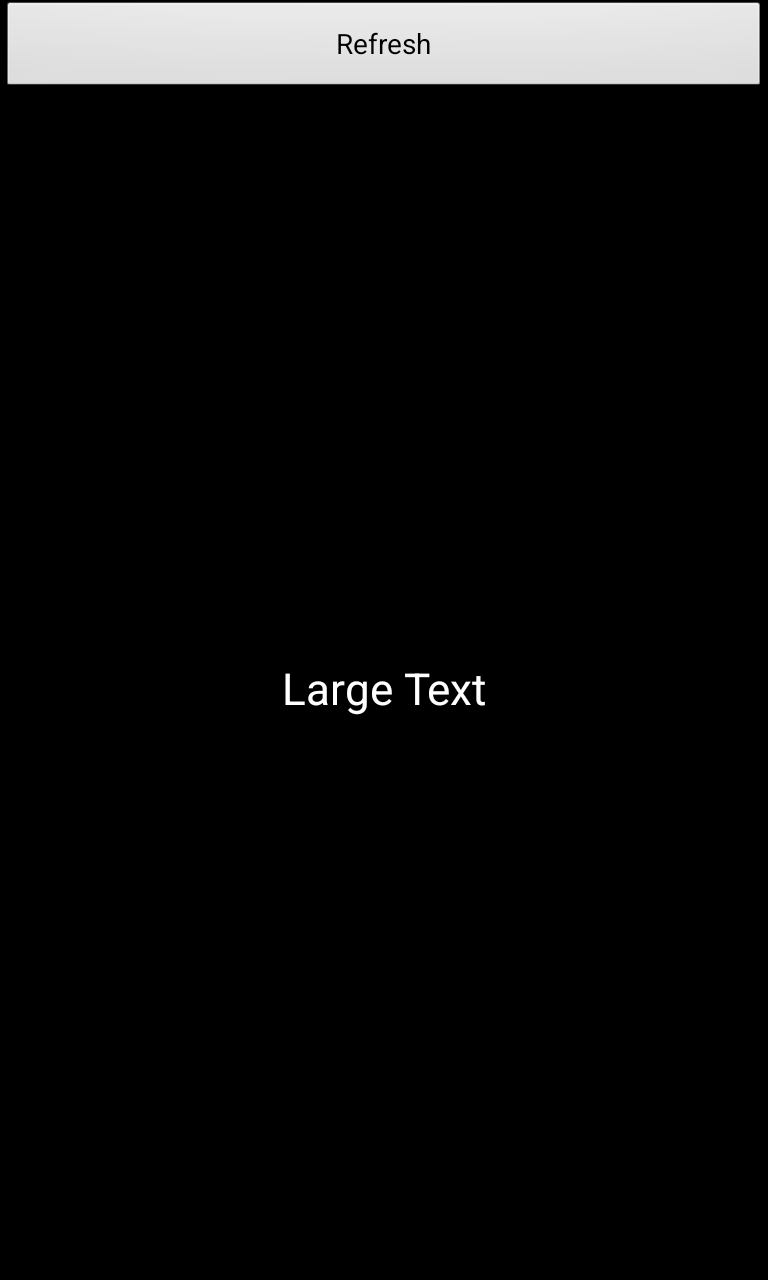
Repository: mgargenta/android-demos
Layout: WifiInfo/res/layout/main.xml
These files come from the project's save history. The layout is drawn as it stood at one moment and after the next save; the edit follows.
It is drawn on a 768 x 1280 px phone screen (xhdpi) without system bars, with theme android:Theme; the app's code is not run.

Above is the layout before, as saved 2011-11-08 21:18:53.

### WifiInfo/res/layout/main.xml
<?xml version="1.0" encoding="utf-8"?>
<LinearLayout xmlns:android="http://schemas.android.com/apk/res/android"
    android:layout_width="fill_parent"
    android:layout_height="fill_parent"
    android:orientation="vertical" >

    <Button
        android:id="@+id/button1"
        android:layout_width="fill_parent"
        android:layout_height="wrap_content"
        android:onClick="refresh"
        android:text="@string/refresh" />

    <TextView
        android:id="@+id/out"
        android:layout_width="fill_parent"
        android:layout_height="fill_parent"
        android:gravity="center"
        android:text="Large Text"
        android:textAppearance="?android:attr/textAppearanceLarge" />

</LinearLayout>

### WifiInfo/res/values/strings.xml
<?xml version="1.0" encoding="utf-8"?>
<resources>

    <string name="hello">Hello World, WifiInfoActivity!</string>
    <string name="app_name">Marakana WifiInfo</string>
    <string name="refresh">Refresh</string>

</resources>

After the next save:
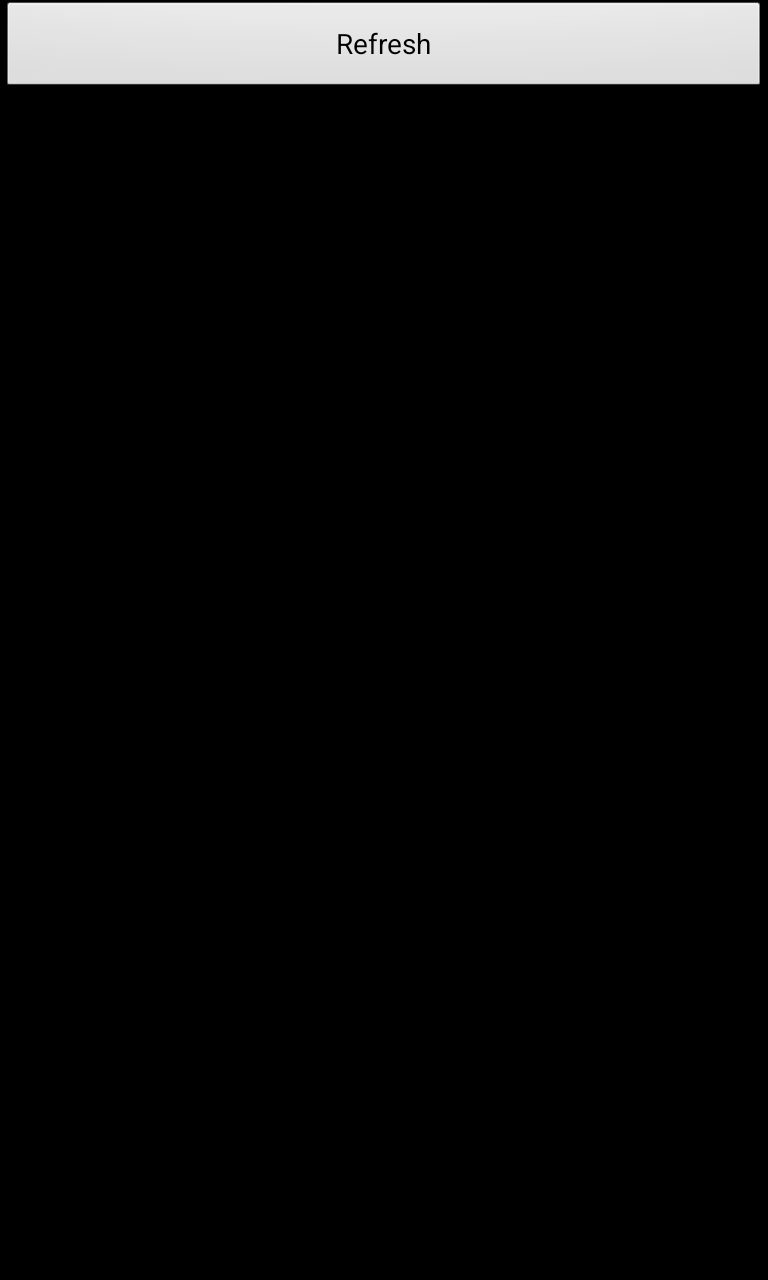
Saved 18 s later.
--- a/WifiInfo/res/layout/main.xml
+++ b/WifiInfo/res/layout/main.xml
@@ -16,7 +16,6 @@
         android:layout_width="fill_parent"
         android:layout_height="fill_parent"
         android:gravity="center"
-        android:text="Large Text"
         android:textAppearance="?android:attr/textAppearanceLarge" />
 
 </LinearLayout>
